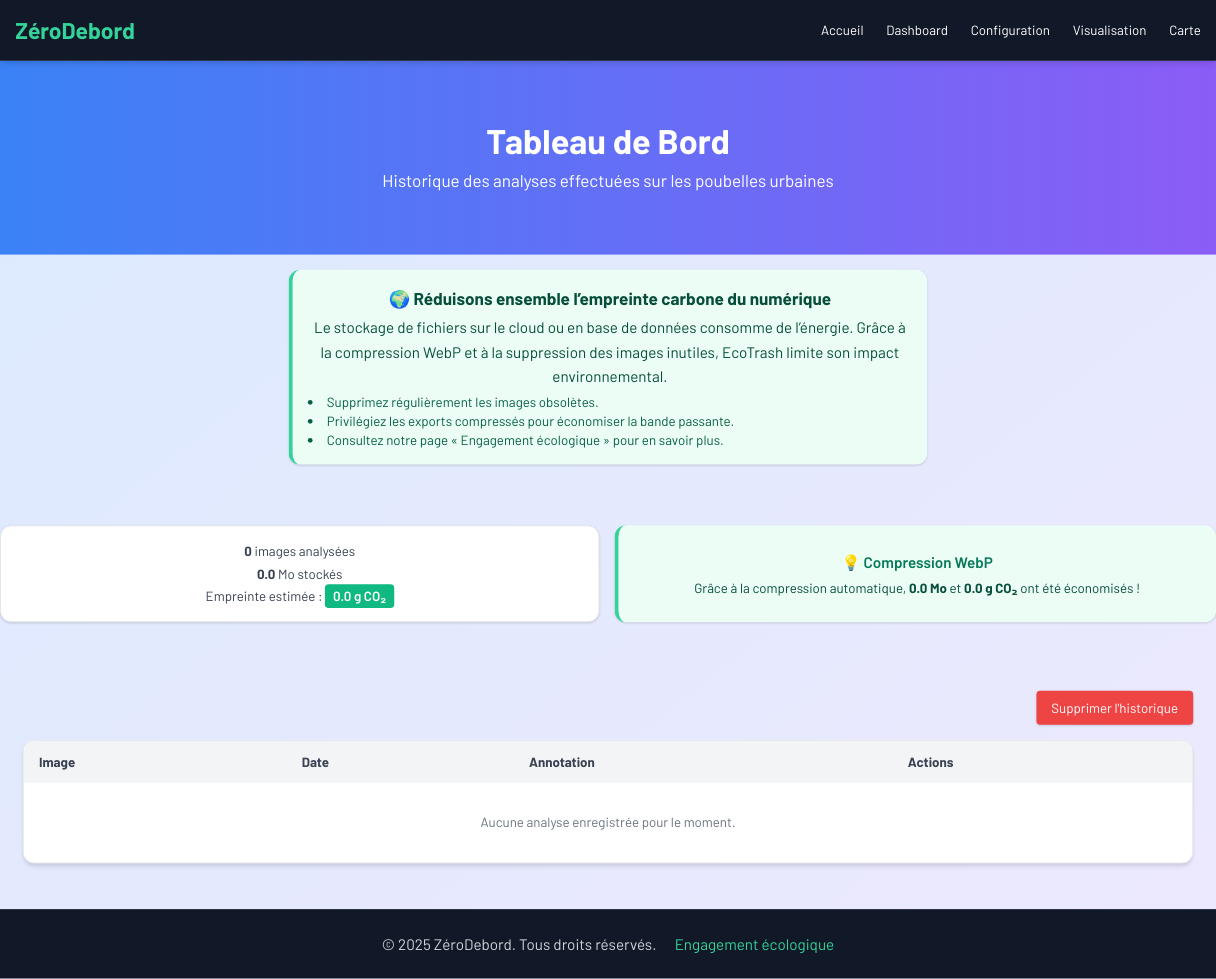
Repository: BaptGBM/MASTERCAMP
Page: http://localhost/dashboard
These files come from the project's save history. The page is drawn as it stood at one moment and after the next save; the edit follows.
The browser window is 1280 px wide. The pictures show the whole page, at 95% of full size.
The page is served by the project's application, run on Flask 3 (app.py). Other server files are loaded and not shown. Queries for data that is not in the repository find no rows.

Above is the page before, as saved 2025-07-08 23:38:54.

### templates/dashboard.html
<!DOCTYPE html>
<html lang="fr">
<head>
  <meta charset="UTF-8" />
  <meta name="viewport" content="width=device-width, initial-scale=1.0" />
  <title>ZéroDebord - Dashboard</title>
  <link href="https://fonts.googleapis.com/css2?family=Barlow:wght@300;400;500;600;700&display=swap" rel="stylesheet">
  <link href="https://cdn.jsdelivr.net/npm/tailwindcss@2.2.19/dist/tailwind.min.css" rel="stylesheet">
  <link rel="stylesheet" href="{{ url_for('static', filename='style.css') }}">
  <style>
    body {
      font-family: 'Barlow', -apple-system, BlinkMacSystemFont, 'Segoe UI', Roboto, sans-serif;
    }
  </style>
</head>
<body class="bg-gradient-to-br from-blue-100 to-purple-100 min-h-screen flex flex-col">

  <!-- HEADER -->
  <header class="bg-gray-900 text-white py-4 shadow-md sticky top-0 z-50">
    <div class="container mx-auto px-4 flex justify-between items-center">
      <a href="{{ url_for('index') }}" class="text-2xl font-bold text-green-400 hover:text-green-300 transition-colors duration-200 no-underline">ZéroDebord</a>
      <nav>
        <ul class="flex gap-6 text-sm">
          <li><a href="{{ url_for('index') }}"  class="hover:underline">Accueil</a></li>
          <a href="{{ url_for('dashboard') }}" class="hover:underline">Dashboard</a>
          <li><a href="{{ url_for('config') }}" class="hover:underline">Configuration</a></li>
          <li><a href="{{ url_for('visualisation') }}" class="hover:underline">Visualisation</a></li>
          <li><a href="{{ url_for('map_view') }}" class="hover:underline">Carte</a></li>


        </ul>
      </nav>
    </div>
  </header>

  <!-- TITRE -->
  <section class="py-16 text-center bg-gradient-to-r from-blue-500 to-purple-500 text-white">
    <h2 class="text-4xl font-bold mb-2">Tableau de Bord</h2>
    <p class="text-lg">Historique des analyses effectuées sur les poubelles urbaines</p>
  </section>

  <section class="py-4 text-center">
    <div class="max-w-2xl mx-auto bg-green-50 border-l-4 border-green-400 text-green-900 p-4 rounded-xl shadow mb-6">
      <h3 class="font-bold text-lg mb-1">🌍 Réduisons ensemble l’empreinte carbone du numérique</h3>
      <p class="mb-1">Le stockage de fichiers sur le cloud ou en base de données consomme de l’énergie. Grâce à la compression WebP et à la suppression des images inutiles, EcoTrash limite son impact environnemental.</p>
      <ul class="list-disc list-inside text-left text-green-800 text-sm">
        <li>Supprimez régulièrement les images obsolètes.</li>
        <li>Privilégiez les exports compressés pour économiser la bande passante.</li>
        <li>Consultez notre page « Engagement écologique » pour en savoir plus.</li>
      </ul>
    </div>
  </section>

<!-- INDICATEUR GREEN IT -->
<section class="my-6 flex flex-col md:flex-row justify-center items-stretch gap-4 text-center">
  <div class="flex-1 min-w-[260px] bg-white rounded-xl shadow px-6 py-4 text-sm text-gray-700 space-y-1 border flex flex-col justify-center">
    <p><strong>{{ nb_images }}</strong> images analysées</p>
    <p><strong>{{ volume_mb }}</strong> Mo stockés</p>
    <p>
      Empreinte estimée :
      <span class="font-semibold px-2 py-1 rounded text-white
        {% if co2 < 20 %} bg-green-500
        {% elif co2 < 50 %} bg-yellow-500
        {% else %} bg-red-500
        {% endif %}">
        {{ co2 }} g CO₂
      </span>
    </p>
  </div>
  <div class="flex-1 min-w-[260px] bg-green-50 border-l-4 border-green-400 text-green-900 rounded-xl shadow px-6 py-4 flex flex-col justify-center">
    <p class="font-semibold text-green-700 mb-1">💡 Compression WebP</p>
    <p class="text-sm">Grâce à la compression automatique, <span class="font-bold">{{ gain_mb }} Mo</span> et <span class="font-bold">{{ gain_co2 }} g CO₂</span> ont été économisés&nbsp;!</p>
  </div>
</section>



  <!-- TABLEAU -->
  <main class="container mx-auto px-6 py-12 flex-grow">
    <div class="flex justify-end mb-4">
      <form method="POST" action="{{ url_for('clear_history') }}">
        <button type="submit" class="bg-red-500 hover:bg-red-600 text-white px-4 py-2 text-sm rounded shadow">
           Supprimer l'historique
        </button>
      </form>
    </div>
    <div class="overflow-x-auto bg-white rounded-xl shadow-md border">
      <table class="min-w-full table-auto text-sm text-left">
        <thead class="bg-gray-100 text-gray-700 font-semibold">
          <tr>
            <th class="px-4 py-3">Image</th>
            <th class="px-4 py-3">Date</th>
            <th class="px-4 py-3">Annotation</th>
            <th class="px-4 py-3">Actions</th>
          </tr>
        </thead>
        <tbody class="text-gray-600">
          {% if images.items %}
            {% for image in images.items %}
              <tr class="border-t hover:bg-gray-50">
                <td class="px-4 py-2">
                  <img src="{{ url_for('static', filename='uploads/' + image.filename) }}" alt="img" class="w-16 h-16 object-contain rounded shadow" loading="lazy">
                </td>
                <td class="px-4 py-2">{{ image.date_uploaded.strftime('%d/%m/%Y %H:%M') }}</td>
                <td class="px-4 py-2">
                  <span class="px-2 py-1 rounded text-white {% if image.annotation == 'pleine' %} bg-red-500 {% else %} bg-green-500 {% endif %}">
                    {{ image.annotation | capitalize }}
                  </span>
                </td>
                <td class="px-4 py-2 space-x-2">
                  <a href="{{ url_for('annotate', image_id=image.id, label='pleine') }}" class="text-sm bg-red-100 text-red-600 px-2 py-1 rounded">Pleine</a>
                  <a href="{{ url_for('annotate', image_id=image.id, label='vide') }}" class="text-sm bg-green-100 text-green-600 px-2 py-1 rounded">Vide</a>
                </td>
              </tr>
            {% endfor %}
          {% else %}
            <tr>
              <td colspan="4" class="text-center text-gray-500 px-4 py-8">
                Aucune analyse enregistrée pour le moment.
              </td>
            </tr>
          {% endif %}
        </tbody>
      </table>
    </div>
    {% if images.pages > 1 %}
    <div class="flex justify-center mt-6 gap-1 flex-wrap">
      {% set page_range = [] %}
      {% if images.pages <= 7 %}
        {% set page_range = range(1, images.pages+1) %}
      {% else %}
        {% set page_range = [1, 2] %}
        {% if images.page > 4 %}
          {% set _ = page_range.append('...') %}
        {% endif %}
        {% for p in range(images.page-1, images.page+2) %}
          {% if 2 < p < images.pages-1 %}
            {% set _ = page_range.append(p) %}
          {% endif %}
        {% endfor %}
        {% if images.page < images.pages-3 %}
          {% set _ = page_range.append('...') %}
        {% endif %}
        {% set _ = page_range.extend([images.pages-1, images.pages]) %}
      {% endif %}
      {% if images.has_prev %}
        <a href="{{ url_for('dashboard', page=images.prev_num) }}" class="px-3 py-1 rounded-full bg-gray-200 hover:bg-blue-200 focus:ring-2 focus:ring-blue-400 transition">&laquo;</a>
      {% endif %}
      {% for p in page_range %}
        {% if p == '...' %}
          <span class="px-3 py-1 text-gray-400">...</span>
        {% else %}
          <a href="{{ url_for('dashboard', page=p) }}" class="px-3 py-1 rounded-full mx-0.5 {{ 'bg-blue-600 text-white font-bold shadow' if p==images.page else 'bg-gray-100 hover:bg-blue-100 text-gray-700' }} focus:ring-2 focus:ring-blue-400 transition">{{ p }}</a>
        {% endif %}
      {% endfor %}
      {% if images.has_next %}
        <a href="{{ url_for('dashboard', page=images.next_num) }}" class="px-3 py-1 rounded-full bg-gray-200 hover:bg-blue-200 focus:ring-2 focus:ring-blue-400 transition">&raquo;</a>
      {% endif %}
    </div>
    {% endif %}
  </main>

  <!-- FOOTER -->
  <footer class="bg-gray-900 text-gray-300 py-6 text-center">
    <p>&copy; 2025 ZéroDebord. Tous droits réservés.
      <a href="{{ url_for('engagement') }}" class="text-green-400 hover:underline ml-4">Engagement écologique</a>
    </p>
  </footer>
</body>
</html>

### static/style.css
/* Police Apple - SF Pro Display pour un design Apple */

/* Variables CSS pour la palette écologique moderne */
:root {
  /* Couleurs principales - palette écologique */
  --primary-green: #059669;      /* Vert émeraude principal */
  --primary-green-light: #10b981; /* Vert émeraude clair */
  --primary-green-dark: #047857;  /* Vert émeraude foncé */

  /* Couleurs secondaires - tons naturels */
  --secondary-blue: #0ea5e9;     /* Bleu ciel */
  --secondary-blue-light: #38bdf8; /* Bleu ciel clair */
  --secondary-blue-dark: #0284c7;  /* Bleu ciel foncé */

  /* Couleurs d'accent - terre et nature */
  --accent-orange: #f59e0b;      /* Orange terre */
  --accent-brown: #92400e;       /* Brun terre */
  --accent-sage: #6b7280;        /* Gris sauge */

  /* Couleurs de statut */
  --success-green: #22c55e;      /* Vert succès */
  --warning-amber: #f59e0b;      /* Ambre avertissement */
  --error-red: #ef4444;          /* Rouge erreur */

  /* Couleurs neutres modernes */
  --neutral-50: #fafaf9;
  --neutral-100: #f5f5f4;
  --neutral-200: #e7e5e4;
  --neutral-300: #d6d3d1;
  --neutral-400: #a8a29e;
  --neutral-500: #78716c;
  --neutral-600: #57534e;
  --neutral-700: #44403c;
  --neutral-800: #292524;
  --neutral-900: #1c1917;

  /* Gradients écologiques */
  --gradient-primary: linear-gradient(135deg, var(--primary-green) 0%, var(--secondary-blue) 100%);
  --gradient-secondary: linear-gradient(135deg, var(--neutral-50) 0%, var(--neutral-100) 100%);
  --gradient-hero: linear-gradient(135deg, var(--primary-green) 0%, var(--secondary-blue) 50%, var(--accent-orange) 100%);

  /* Ombres modernes */
  --shadow-sm: 0 1px 2px 0 rgba(0, 0, 0, 0.05);
  --shadow-md: 0 4px 6px -1px rgba(0, 0, 0, 0.1), 0 2px 4px -1px rgba(0, 0, 0, 0.06);
  --shadow-lg: 0 10px 15px -3px rgba(0, 0, 0, 0.1), 0 4px 6px -2px rgba(0, 0, 0, 0.05);
  --shadow-xl: 0 20px 25px -5px rgba(0, 0, 0, 0.1), 0 10px 10px -5px rgba(0, 0, 0, 0.04);

  /* Rayons de bordure */
  --radius-sm: 0.375rem;
  --radius-md: 0.5rem;
  --radius-lg: 0.75rem;
  --radius-xl: 1rem;
  --radius-2xl: 1.5rem;
}

/* Application de la police Barlow */
@import url('https://fonts.googleapis.com/css2?family=Barlow:wght@300;400;500;600;700&display=swap');

* {
  font-family: 'Barlow', -apple-system, BlinkMacSystemFont, 'Segoe UI', Roboto, sans-serif !important;
  font-feature-settings: 'kern' 1, 'liga' 1;
  text-rendering: optimizeLegibility;
  -webkit-font-smoothing: antialiased;
  -moz-osx-font-smoothing: grayscale;
}

/* Force Barlow sur tous les éléments */
body, html, h1, h2, h3, h4, h5, h6, p, span, div, a, button, input, select, textarea, label, th, td, li, ul, ol {
  font-family: 'Barlow', -apple-system, BlinkMacSystemFont, 'Segoe UI', Roboto, sans-serif !important;
}

/* Surcharge spécifique pour Tailwind CSS */
.text-xs, .text-sm, .text-base, .text-lg, .text-xl, .text-2xl, .text-3xl, .text-4xl, .text-5xl, .text-6xl {
  font-family: 'Barlow', -apple-system, BlinkMacSystemFont, 'Segoe UI', Roboto, sans-serif !important;
}

.font-thin, .font-extralight, .font-light, .font-normal, .font-medium, .font-semibold, .font-bold, .font-extrabold, .font-black {
  font-family: 'Barlow', -apple-system, BlinkMacSystemFont, 'Segoe UI', Roboto, sans-serif !important;
}

/* Styles de base modernisés */
body {
  background: var(--gradient-secondary);
  color: var(--neutral-700);
  line-height: 1.6;
  font-weight: 400;
}

/* Header moderne */
.modern-header {
  background: var(--neutral-900);
  backdrop-filter: blur(10px);
  border-bottom: 1px solid var(--neutral-800);
}

.modern-header h1 {
  color: var(--primary-green-light);
  font-weight: 700;
  letter-spacing: -0.025em;
}

.modern-header nav a {
  color: var(--neutral-300);
  font-weight: 500;
  transition: all 0.2s ease;
}

.modern-header nav a:hover {
  color: var(--primary-green-light);
  text-decoration: none;
}

/* Section hero moderne */
.modern-hero {
  background: var(--gradient-hero);
  position: relative;
  overflow: hidden;
}

.modern-hero::before {
  content: '';
  position: absolute;
  top: 0;
  left: 0;
  right: 0;
  bottom: 0;
  background: url('data:[embedded picture, 296 characters]');
  opacity: 0.3;
}

.modern-hero h2 {
  font-weight: 800;
  letter-spacing: -0.025em;
  text-shadow: 0 2px 4px rgba(0, 0, 0, 0.1);
}

.modern-hero p {
  font-weight: 500;
  opacity: 0.9;
}

/* Cartes modernes */
.modern-card {
  background: white;
  border-radius: var(--radius-xl);
  box-shadow: var(--shadow-lg);
  border: 1px solid var(--neutral-200);
  transition: all 0.3s ease;
}

.modern-card:hover {
  box-shadow: var(--shadow-xl);
  transform: translateY(-2px);
}

/* Boutons modernes */
.modern-btn {
  font-weight: 600;
  border-radius: var(--radius-lg);
  transition: all 0.2s ease;
  border: none;
  cursor: pointer;
  display: inline-flex;
  align-items: center;
  gap: 0.5rem;
}

.modern-btn-primary {
  background: var(--primary-green);
  color: white;
  box-shadow: var(--shadow-md);
}

.modern-btn-primary:hover {
  background: var(--primary-green-dark);
  box-shadow: var(--shadow-lg);
  transform: translateY(-1px);
}

.modern-btn-secondary {
  background: var(--secondary-blue);
  color: white;
  box-shadow: var(--shadow-md);
}

.modern-btn-secondary:hover {
  background: var(--secondary-blue-dark);
  box-shadow: var(--shadow-lg);
  transform: translateY(-1px);
}

.modern-btn-success {
  background: var(--success-green);
  color: white;
}

.modern-btn-success:hover {
  background: #16a34a;
}

.modern-btn-warning {
  background: var(--warning-amber);
  color: white;
}

.modern-btn-warning:hover {
  background: #d97706;
}

.modern-btn-error {
  background: var(--error-red);
  color: white;
}

.modern-btn-error:hover {
  background: #dc2626;
}

/* Badges de statut modernes */
.modern-badge {
  font-weight: 600;
  font-size: 0.875rem;
  padding: 0.375rem 0.75rem;
  border-radius: var(--radius-md);
  display: inline-flex;
  align-items: center;
  gap: 0.25rem;
}

.modern-badge-full {
  background: #fef2f2;
  color: var(--error-red);
  border: 1px solid #fecaca;
}

.modern-badge-empty {
  background: #f0fdf4;
  color: var(--success-green);
  border: 1px solid #bbf7d0;
}

/* Formulaires modernes */
.modern-input {
  border: 2px solid var(--neutral-200);
  border-radius: var(--radius-lg);
  padding: 0.75rem 1rem;
  font-weight: 500;
  transition: all 0.2s ease;
  background: white;
}

.modern-input:focus {
  outline: none;
  border-color: var(--primary-green);
  box-shadow: 0 0 0 3px rgba(5, 150, 105, 0.1);
}

.modern-select {
  border: 2px solid var(--neutral-200);
  border-radius: var(--radius-lg);
  padding: 0.75rem 1rem;
  font-weight: 500;
  background: white;
  cursor: pointer;
}

.modern-select:focus {
  outline: none;
  border-color: var(--primary-green);
  box-shadow: 0 0 0 3px rgba(5, 150, 105, 0.1);
}

/* Tableaux modernes */
.modern-table {
  background: white;
  border-radius: var(--radius-xl);
  overflow: hidden;
  box-shadow: var(--shadow-lg);
  border: 1px solid var(--neutral-200);
}

.modern-table thead {
  background: var(--neutral-50);
}

.modern-table th {
  font-weight: 600;
  color: var(--neutral-700);
  padding: 1rem;
  text-align: left;
}

.modern-table td {
  padding: 1rem;
  border-top: 1px solid var(--neutral-200);
}

.modern-table tbody tr:hover {
  background: var(--neutral-50);
}

/* Footer moderne */
.modern-footer {
  background: var(--neutral-900);
  color: var(--neutral-400);
  font-weight: 500;
}

/* Animations et transitions */
.fade-in {
  animation: fadeIn 0.6s ease-out;
}

@keyframes fadeIn {
  from {
    opacity: 0;
    transform: translateY(20px);
  }
  to {
    opacity: 1;
    transform: translateY(0);
  }
}

.slide-up {
  animation: slideUp 0.6s ease-out;
}

@keyframes slideUp {
  from {
    opacity: 0;
    transform: translateY(30px);
  }
  to {
    opacity: 1;
    transform: translateY(0);
  }
}

/* Indicateurs écologiques */
.eco-indicator {
  background: var(--gradient-primary);
  color: white;
  border-radius: var(--radius-xl);
  padding: 1.5rem;
  text-align: center;
  box-shadow: var(--shadow-lg);
}

.eco-indicator h3 {
  font-weight: 700;
  margin-bottom: 0.5rem;
}

.eco-indicator p {
  font-weight: 500;
  opacity: 0.9;
}

/* Responsive design amélioré */
@media (max-width: 768px) {
  .modern-hero h2 {
    font-size: 2rem;
  }

  .modern-card {
    margin: 1rem;
  }

  .modern-header nav {
    flex-direction: column;
    gap: 0.5rem;
  }
}

/* Accessibilité améliorée */
@media (prefers-reduced-motion: reduce) {
  * {
    animation-duration: 0.01ms !important;
    animation-iteration-count: 1 !important;
    transition-duration: 0.01ms !important;
  }
}

/* Mode sombre (optionnel) */
@media (prefers-color-scheme: dark) {
  :root {
    --neutral-50: #1c1917;
    --neutral-100: #292524;
    --neutral-200: #44403c;
  }
}

Loaded but not shown: app.py (586 lines, source omitted)

After the next save:
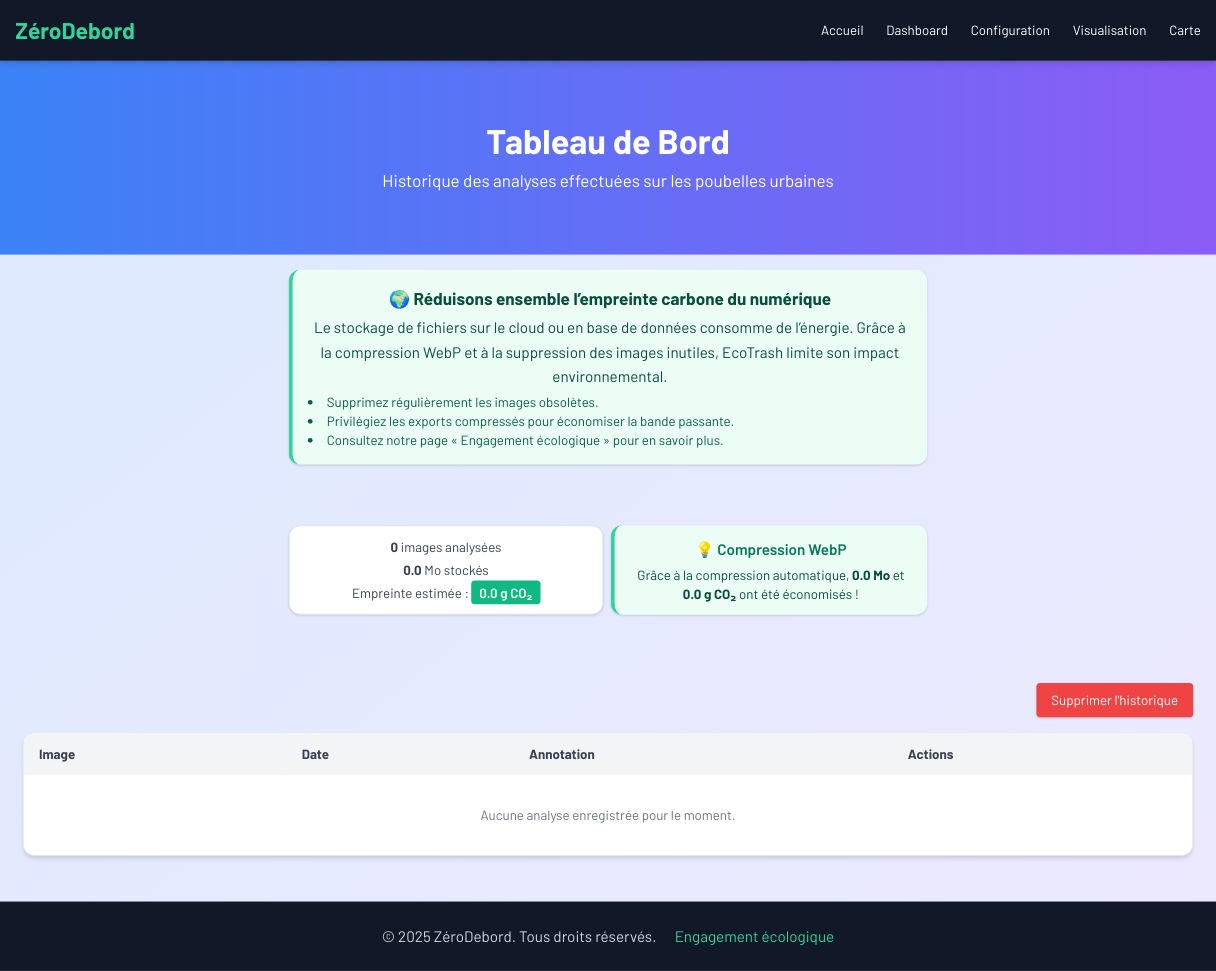
Saved 79 s later.
--- a/templates/dashboard.html
+++ b/templates/dashboard.html
@@ -52,8 +52,8 @@
   </section>
 
 <!-- INDICATEUR GREEN IT -->
-<section class="my-6 flex flex-col md:flex-row justify-center items-stretch gap-4 text-center">
-  <div class="flex-1 min-w-[260px] bg-white rounded-xl shadow px-6 py-4 text-sm text-gray-700 space-y-1 border flex flex-col justify-center">
+<section class="my-6 flex flex-col md:flex-row justify-center items-stretch gap-2 text-center max-w-2xl mx-auto">
+  <div class="flex-1 min-w-[160px] max-w-[260px] bg-white rounded-xl shadow px-4 py-3 text-sm text-gray-700 space-y-1 border flex flex-col justify-center">
     <p><strong>{{ nb_images }}</strong> images analysées</p>
     <p><strong>{{ volume_mb }}</strong> Mo stockés</p>
     <p>
@@ -67,7 +67,7 @@
       </span>
     </p>
   </div>
-  <div class="flex-1 min-w-[260px] bg-green-50 border-l-4 border-green-400 text-green-900 rounded-xl shadow px-6 py-4 flex flex-col justify-center">
+  <div class="flex-1 min-w-[160px] max-w-[260px] bg-green-50 border-l-4 border-green-400 text-green-900 rounded-xl shadow px-4 py-3 flex flex-col justify-center">
     <p class="font-semibold text-green-700 mb-1">💡 Compression WebP</p>
     <p class="text-sm">Grâce à la compression automatique, <span class="font-bold">{{ gain_mb }} Mo</span> et <span class="font-bold">{{ gain_co2 }} g CO₂</span> ont été économisés&nbsp;!</p>
   </div>
